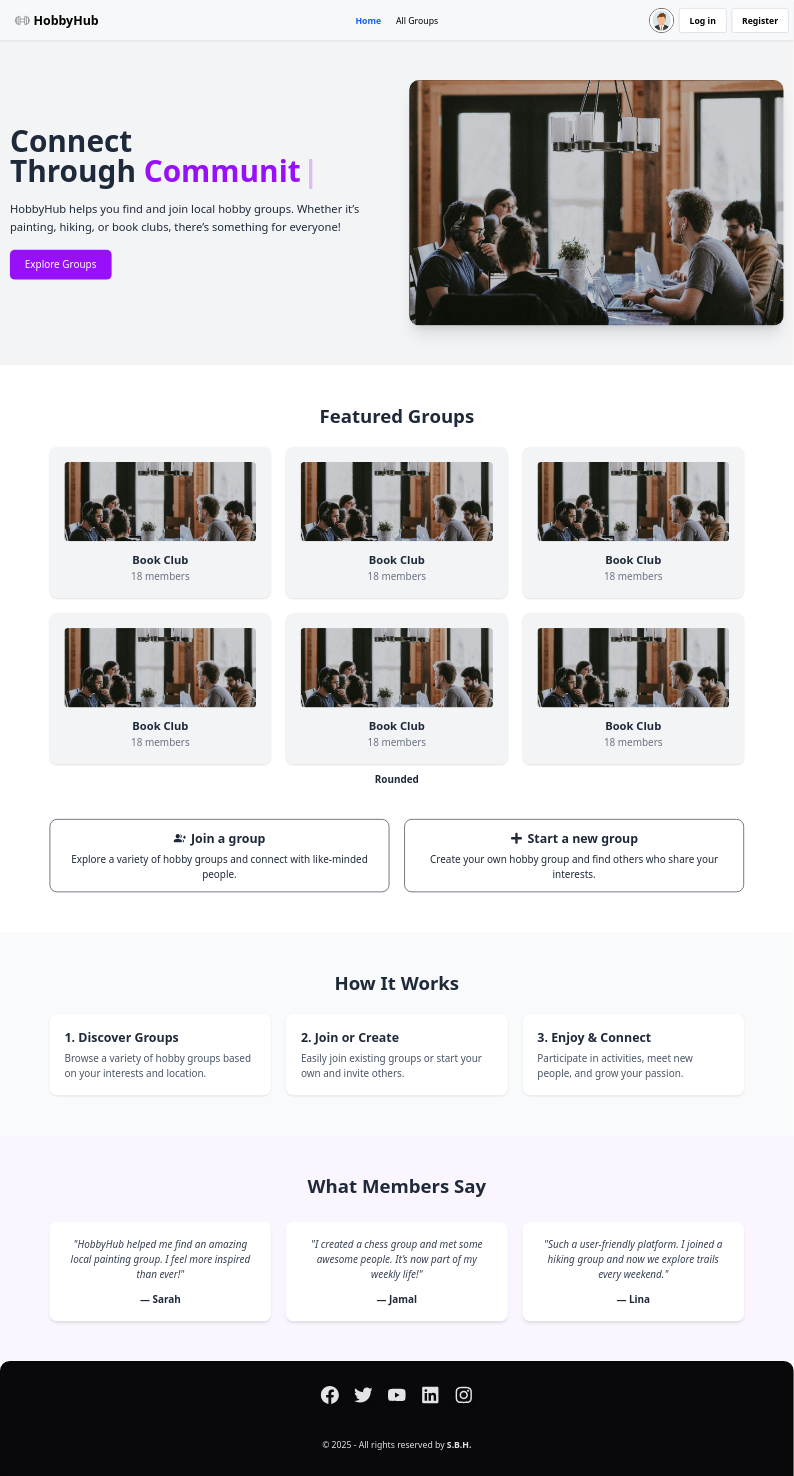
Repository: syedbayzid82849/Hobby_Hub_Client_site
Page: /
The author's editor kept a copy of each file at every save. The page is drawn from the files as they stood at one save, then again after a run of saves.
The browser window is 1280 px wide. The pictures show the whole page, at 62% of full size.
The project was rebuilt for these pictures with package versions that can differ from the ones it lists, and the page was loaded fresh each time. Also part of the build but not shown: src/App.jsx, src/Pages/Register/Register.jsx, src/Pages/Login/Login.jsx, src/Pages/Profile/Profile.jsx, src/Pages/createGroup/createGroup.jsx, src/Pages/myGroup/myGroup.jsx, src/Routes/PrivateRoute.jsx, src/Pages/AllGroups/AllGroups.jsx.

Above is the page before, as saved 2025-05-22 09:02:36.

### src/main.jsx
import { StrictMode } from 'react'
import { createRoot } from 'react-dom/client'
import './index.css'
import App from './App.jsx'
import { RouterProvider } from 'react-router'
import router from './Routes/Router.jsx'
import AuthProvider from './Contexts/AuthProvider.jsx'
import { Toaster } from 'react-hot-toast'

createRoot(document.getElementById('root')).render(
  <StrictMode>
    <AuthProvider>
      <Toaster />
      <RouterProvider router={router}></RouterProvider>
    </AuthProvider>
  </StrictMode>,
)

### src/Routes/Router.jsx
import React from 'react';
import { createBrowserRouter } from "react-router";
import Root from "../Root/Root";
import Home from '../Pages/Home/Home';
import Register from '../Pages/Register/Register';
import Login from '../Pages/Login/Login';
import Profile from '../Pages/Profile/Profile';
import CreateGroup from '../Pages/createGroup/createGroup';
import MyGroup from '../Pages/myGroup/myGroup'
import PrivateRoute from './PrivateRoute';
import AllGroups from '../Pages/AllGroups/AllGroups'

const router = createBrowserRouter(
    [
        {
            path: '/',
            element: <Root></Root>,
            children: [
                {
                    index: true,
                    path: '/',
                    element: <Home></Home>
                },
                {
                    path: '/register',
                    element: <Register></Register>
                },
                {
                    path: '/login',
                    element: <Login></Login>
                },
                {
                    path: '/profile',
                    element: <Profile></Profile>
                },
                {
                    path: '/all-groups',
                    element: <AllGroups></AllGroups>
                },
                {
                    path: '/create-group',
                    element: <CreateGroup></CreateGroup>
                },
                {
                    path: '/my-group',
                    element:
                        <PrivateRoute>
                            <MyGroup></MyGroup>
                        </PrivateRoute>
                }
            ]
        }
    ]
);

export default router;

### src/Contexts/AuthProvider.jsx
import React, { useEffect, useState } from 'react';
import { AuthContext } from './AuthContext';
import { createUserWithEmailAndPassword, GoogleAuthProvider, onAuthStateChanged, signInWithEmailAndPassword, signInWithPopup, signOut } from "firebase/auth";
import { auth } from '../firebase.init';



const AuthProvider = ({ children }) => {
    const provider = new GoogleAuthProvider();
    const [user, setUser] = useState(null);
    const [loading, setLoading] = useState(true);

    // user true or false
    useEffect(() => {
        const unsubscribe = onAuthStateChanged(auth, (currentUser) => {
            setUser(currentUser);
            setLoading(false);
        });
        return () => unsubscribe();
    }, []);

    // register with email pass
    const createUser = (email, Password) => {
        setLoading(true);
        return createUserWithEmailAndPassword(auth, email, Password)
    };

    // register with google
    const createUserWithGoogle = () => {
        return signInWithPopup(auth, provider)
    }

    // log in with email and pass
    const loginUser = (email, password) => {
        setLoading(true);
        return signInWithEmailAndPassword(auth, email, password);
    };

    // login with google
    const loginUserWithGoogle = () => {
        return signInWithPopup(auth, provider)
    }

    // user log out
    const logOutUser = () => {
        setLoading(true);
        return signOut(auth);
    };


    const userInfo = {
        createUser,
        createUserWithGoogle,
        loginUserWithGoogle,
        loginUser,
        user,
        loading,
        setLoading,
        logOutUser
    }


    return (
        <AuthContext.Provider value={userInfo}>
            {children}
        </AuthContext.Provider>
    );
};

export default AuthProvider;

### src/Root/Root.jsx
import React from 'react';
import Navbar from '../Components/Navbar/Navbar';
import { Outlet } from 'react-router';
import Footer from '../Components/Footer/Footer'

const Root = () => {
    return (
        <div className="min-h-screen flex flex-col" >
            <Navbar></Navbar>
            <div className="flex-grow">
                <Outlet></Outlet>
            </div>
            <Footer></Footer>
        </div>
    );
};

export default Root;

### src/Pages/Home/Home.jsx
import { useEffect } from "react";
import { Link } from "react-router";
import { Typewriter } from "react-simple-typewriter";
import { Fade } from "react-awesome-reveal";
import img from '../../assets/hero.png';
import { MdGroupAdd } from "react-icons/md";
import { FaPlus } from "react-icons/fa";



const Home = () => {
    useEffect(() => {
        window.scrollTo(0, 0);
    }, []);

    return (
        <div className="text-gray-800 dark:text-gray-100">
            {/* Hero Section */}
            <section className="bg-gray-100 dark:bg-gray-800">
                <div className="max-w-7xl mx-auto px-4 py-16 flex flex-col-reverse lg:flex-row items-center justify-between gap-10">
                    <div className="lg:w-1/2 space-y-6">
                        <h1 className="text-4xl md:text-5xl font-bold">
                            Connect Through&nbsp;
                            <span className="text-purple-600">
                                <Typewriter
                                    words={["Hobbies", "Creativity", "Community"]}
                                    loop={true}
                                    cursor
                                    cursorStyle="|"
                                    typeSpeed={80}
                                    deleteSpeed={50}
                                    delaySpeed={1500}
                                />
                            </span>
                        </h1>
                        <p className="text-lg">
                            HobbyHub helps you find and join local hobby groups. Whether it’s painting, hiking, or book clubs, there’s something for everyone!
                        </p>
                        <Link to="/groups">
                            <button className="bg-purple-600 text-white px-6 py-3 rounded-lg hover:bg-purple-700 transition-all">
                                Explore Groups
                            </button>
                        </Link>
                    </div>

                    <div className="lg:w-1/2">
                        <img
                            src={img}
                            alt="Hobby Community"
                            className="w-full rounded-2xl shadow-xl"
                        />
                    </div>
                </div>
            </section>

            {/* Featured Groups (Dummy for now) */}
            <section className="py-16 bg-white dark:bg-gray-900">
                <div className="max-w-6xl mx-auto px-4 text-center">
                    <h2 className="text-3xl font-bold mb-8">Featured Groups</h2>
                    <div className="grid grid-cols-1 md:grid-cols-2 lg:grid-cols-3 gap-6">
                        {/* Group Card 1 */}
                        <div className="p-6 bg-gray-100 dark:bg-gray-800 rounded-xl shadow hover:shadow-lg transition">
                            <img
                                src={img}
                                alt=""
                                className="rounded-md w-full h-32 object-cover mb-4"
                            />
                            <h3 className="text-lg font-semibold">Book Club</h3>
                            <p className="text-gray-500">18 members</p>
                        </div>
                        {/* Group Card 1 */}
                        <div className="p-6 bg-gray-100 dark:bg-gray-800 rounded-xl shadow hover:shadow-lg transition">
                            <img
                                src={img}
                                alt=""
                                className="rounded-md w-full h-32 object-cover mb-4"
                            />
                            <h3 className="text-lg font-semibold">Book Club</h3>
                            <p className="text-gray-500">18 members</p>
                        </div>
                        {/* Group Card 1 */}
                        <div className="p-6 bg-gray-100 dark:bg-gray-800 rounded-xl shadow hover:shadow-lg transition">
                            <img
                                src={img}
                                alt=""
                                className="rounded-md w-full h-32 object-cover mb-4"
                            />
                            <h3 className="text-lg font-semibold">Book Club</h3>
                            <p className="text-gray-500">18 members</p>
                        </div>
                        {/* Group Card 1 */}
                        <div className="p-6 bg-gray-100 dark:bg-gray-800 rounded-xl shadow hover:shadow-lg transition">
                            <img
                                src={img}
                                alt=""
                                className="rounded-md w-full h-32 object-cover mb-4"
                            />
                            <h3 className="text-lg font-semibold">Book Club</h3>
                            <p className="text-gray-500">18 members</p>
                        </div>
                        {/* Group Card 1 */}
                        <div className="p-6 bg-gray-100 dark:bg-gray-800 rounded-xl shadow hover:shadow-lg transition">
                            <img
                                src={img}
                                alt=""
                                className="rounded-md w-full h-32 object-cover mb-4"
                            />
                            <h3 className="text-lg font-semibold">Book Club</h3>
                            <p className="text-gray-500">18 members</p>
                        </div>
                        {/* Group Card 1 */}
                        <div className="p-6 bg-gray-100 dark:bg-gray-800 rounded-xl shadow hover:shadow-lg transition">
                            <img
                                src={img}
                                alt=""
                                className="rounded-md w-full h-32 object-cover mb-4"
                            />
                            <h3 className="text-lg font-semibold">Book Club</h3>
                            <p className="text-gray-500">18 members</p>
                        </div>
                    </div>
                    <button type="button" className="mt- px-8 py-3 font-semibold rounded-full dark:bg-gray-800 dark:text-gray-100">Rounded</button>
                </div>
                <div className="max-w-6xl mx-auto px-4 text-center pt-10">
                    <div className="grid grid-cols-1 md:grid-cols-2 gap-6 text-center">
                        <Link to={'/join-group'}>
                            <div className="p-4  rounded-xl border">
                                <h4 className="text-xl font-semibold mb-2 flex justify-center items-center gap-2">
                                    <MdGroupAdd />
                                    Join a group
                                </h4>
                                <p className="">
                                    Explore a variety of hobby groups and connect with like-minded people.
                                </p>
                            </div>
                        </Link>
                        <Link to={'/create-group'}>
                            <div className="p-4  rounded-xl border">
                                <h4 className="text-xl font-semibold mb-2 flex justify-center items-center gap-2 ">
                                    <FaPlus />
                                    Start a new group
                                </h4>
                                <p className="">
                                    Create your own hobby group and find others who share your interests.
                                </p>
                            </div>
                        </Link>
                    </div>
                </div>
            </section>
            <section className="py-16 bg-gray-50 dark:bg-gray-900">
                <div className="max-w-6xl mx-auto px-4 text-center">
                    <Fade direction="up">
                        <h2 className="text-3xl font-bold mb-8">How It Works</h2>
                        <div className="grid grid-cols-1 md:grid-cols-3 gap-6 text-left">
                            <div className="p-6 bg-white dark:bg-gray-800 rounded-xl shadow">
                                <h3 className="text-xl font-semibold mb-2">1. Discover Groups</h3>
                                <p className="text-gray-600 dark:text-gray-400">
                                    Browse a variety of hobby groups based on your interests and location.
                                </p>
                            </div>
                            <div className="p-6 bg-white dark:bg-gray-800 rounded-xl shadow">
                                <h3 className="text-xl font-semibold mb-2">2. Join or Create</h3>
                                <p className="text-gray-600 dark:text-gray-400">
                                    Easily join existing groups or start your own and invite others.
                                </p>
                            </div>
                            <div className="p-6 bg-white dark:bg-gray-800 rounded-xl shadow">
                                <h3 className="text-xl font-semibold mb-2">3. Enjoy & Connect</h3>
                                <p className="text-gray-600 dark:text-gray-400">
                                    Participate in activities, meet new people, and grow your passion.
                                </p>
                            </div>
                        </div>
                    </Fade>
                </div>
            </section>

            <section className="py-16 bg-purple-50 dark:bg-gray-950">
                <div className="max-w-6xl mx-auto px-4 text-center">
                    <Fade direction="up">
                        <h2 className="text-3xl font-bold mb-10">What Members Say</h2>
                        <div className="grid grid-cols-1 md:grid-cols-3 gap-6">
                            <div className="p-6 bg-white dark:bg-gray-800 rounded-xl shadow-md">
                                <p className="italic text-gray-700 dark:text-gray-300">"HobbyHub helped me find an amazing local painting group. I feel more inspired than ever!"</p>
                                <h4 className="mt-4 font-semibold">— Sarah</h4>
                            </div>
                            <div className="p-6 bg-white dark:bg-gray-800 rounded-xl shadow-md">
                                <p className="italic text-gray-700 dark:text-gray-300">"I created a chess group and met some awesome people. It’s now part of my weekly life!"</p>
                                <h4 className="mt-4 font-semibold">— Jamal</h4>
                            </div>
                            <div className="p-6 bg-white dark:bg-gray-800 rounded-xl shadow-md">
                                <p className="italic text-gray-700 dark:text-gray-300">"Such a user-friendly platform. I joined a hiking group and now we explore trails every weekend."</p>
                                <h4 className="mt-4 font-semibold">— Lina</h4>
                            </div>
                        </div>
                    </Fade>
                </div>
            </section>

        </div>
    );
};

export default Home;

### src/Components/Footer/Footer.jsx
import React from "react";
import {
    FaFacebook,
    FaTwitter,
    FaYoutube,
    FaLinkedin,
    FaInstagram,
} from "react-icons/fa";

const Footer = () => {
    return (
        <footer className="footer footer-horizontal footer-center bg-neutral text-neutral-content p-10 rounded-t-2xl shadow-inner">
            <nav>
                <div className="grid grid-flow-col gap-6 text-3xl">
                    <a
                        href="https://facebook.com/syed.bayzidhusain/"
                        target="_blank"
                        rel="noopener noreferrer"
                    >
                        <FaFacebook className="hover:text-blue-400 hover:scale-125 transition-all duration-300 shadow-md" />
                    </a>
                    <a
                        href="https://x.com/SyedBayzid82849"
                        target="_blank"
                        rel="noopener noreferrer"
                    >
                        <FaTwitter className="hover:text-sky-300 hover:scale-125 transition-all duration-300 shadow-md" />
                    </a>
                    <a
                        href="https://youtube.com/@SyedBayzid0.1"
                        target="_blank"
                        rel="noopener noreferrer"
                    >
                        <FaYoutube className="hover:text-red-400 hover:scale-125 transition-all duration-300 shadow-md" />
                    </a>
                    <a
                        href="https://linkedin.com/in/syed-bayzid-b91343329"
                        target="_blank"
                        rel="noopener noreferrer"
                    >
                        <FaLinkedin className="hover:text-blue-300 hover:scale-125 transition-all duration-300 shadow-md" />
                    </a>
                    <a
                        href="https://www.instagram.com/syedbayzidhusain/"
                        target="_blank"
                        rel="noopener noreferrer"
                    >
                        <FaInstagram className="hover:text-pink-400 hover:scale-125 transition-all duration-300 shadow-md" />
                    </a>
                </div>
            </nav>
            <aside className="mt-4">
                <p className="hover:text-primary transition-colors duration-200">
                    © {new Date().getFullYear()} - All rights reserved by <strong>S.B.H.</strong>
                </p>
            </aside>
        </footer>
    );
};

export default Footer;

Loaded but not shown: index.html (common file); src/index.css (common file); src/Contexts/AuthContext.jsx (common file); src/firebase.init.js (19 lines, source omitted); src/Components/Navbar/Navbar.jsx (136 lines, source omitted); src/App.css (no stored copy; drawn as an empty file)

After the next 3 saves:
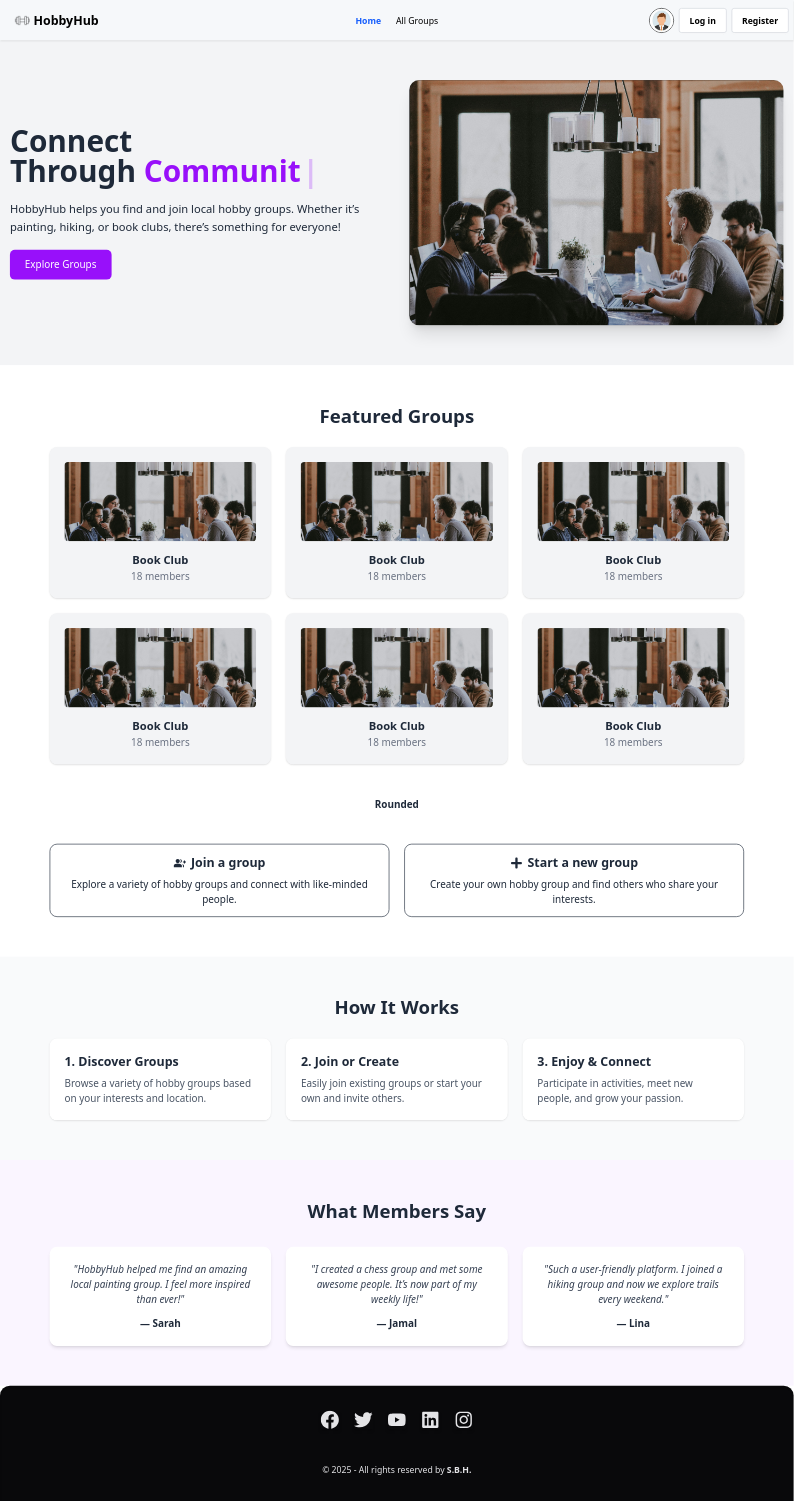
The 3 saves are shown as one change because they came seconds apart.
The last was saved 6 s later.
--- a/src/Pages/Home/Home.jsx
+++ b/src/Pages/Home/Home.jsx
@@ -119,7 +119,7 @@ const Home = () => {
                             <p className="text-gray-500">18 members</p>
                         </div>
                     </div>
-                    <button type="button" className="mt- px-8 py-3 font-semibold rounded-full dark:bg-gray-800 dark:text-gray-100">Rounded</button>
+                    <button type="button" className="mt-10 px-8 py-3 font-semibold rounded-full dark:bg-gray-800 dark:text-gray-100">Rounded</button>
                 </div>
                 <div className="max-w-6xl mx-auto px-4 text-center pt-10">
                     <div className="grid grid-cols-1 md:grid-cols-2 gap-6 text-center">
